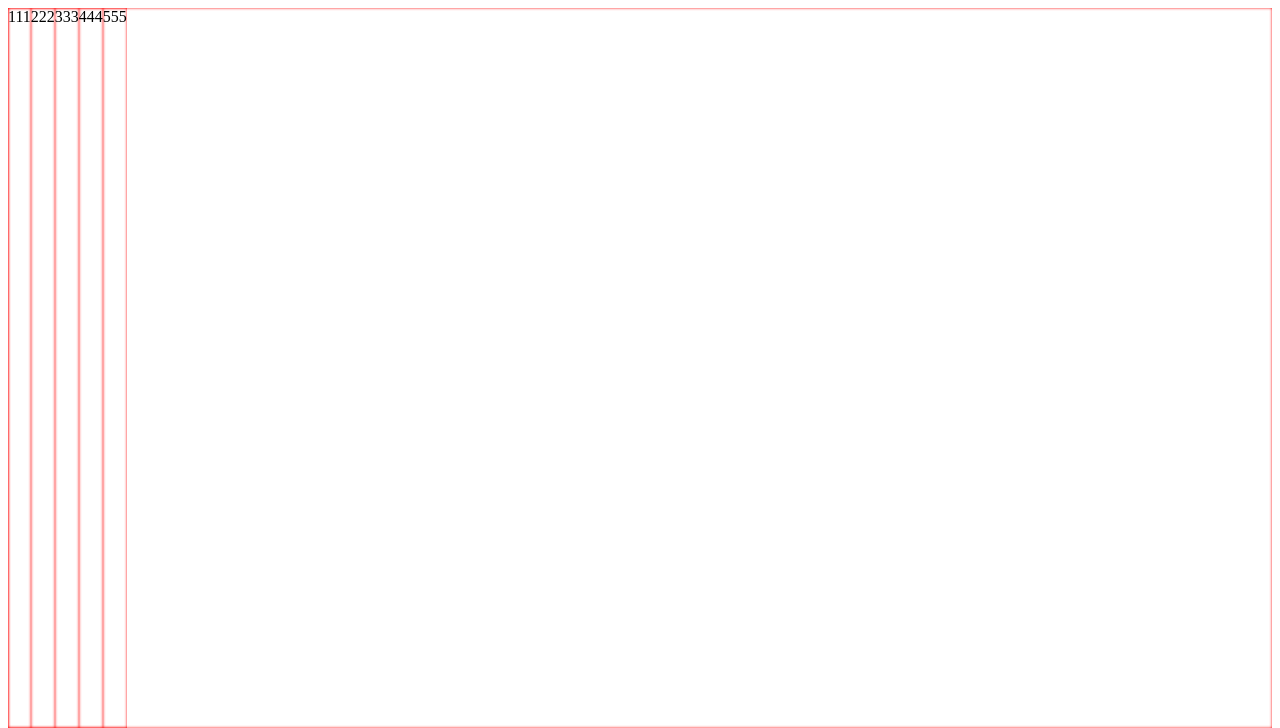
Repository: Joamg/Joamg.github.io
Page: miao/oald-layout-flex.html
These files come from the project's save history. The page is drawn as it stood at one moment and after the next save; the edit follows.
The browser window is 1280 px wide. The pictures show the whole page.

Above is the page before, as saved 2021-05-27 20:15:28.

### miao/oald-layout-flex.html
<!DOCTYPE html>
<html lang="en">
<head>
  <meta charset="UTF-8">
  <meta http-equiv="X-UA-Compatible" content="IE=edge">
  <meta name="viewport" content="width=device-width, initial-scale=1.0">
  <title>Document</title>

  <style>
  * {
    height: 100%;
  }
  body {
    box-shadow: inset  0 0 3px red;
  }
  section {
    xheight: 100%;
    display: flex;
    xwidth: 100px;
    xflex-wrap: wrap;
  }
  div {
    display: flex;
    box-shadow: inset  0 0 3px red;

  }
  </style>
</head>
<body>
  <section>
    <div a>111</div>
    <div b>222</div>
    <div c>333</div>
    <div d>444</div>
    <div e>555</div>
  </section>

</body>
</html>

After the next save:
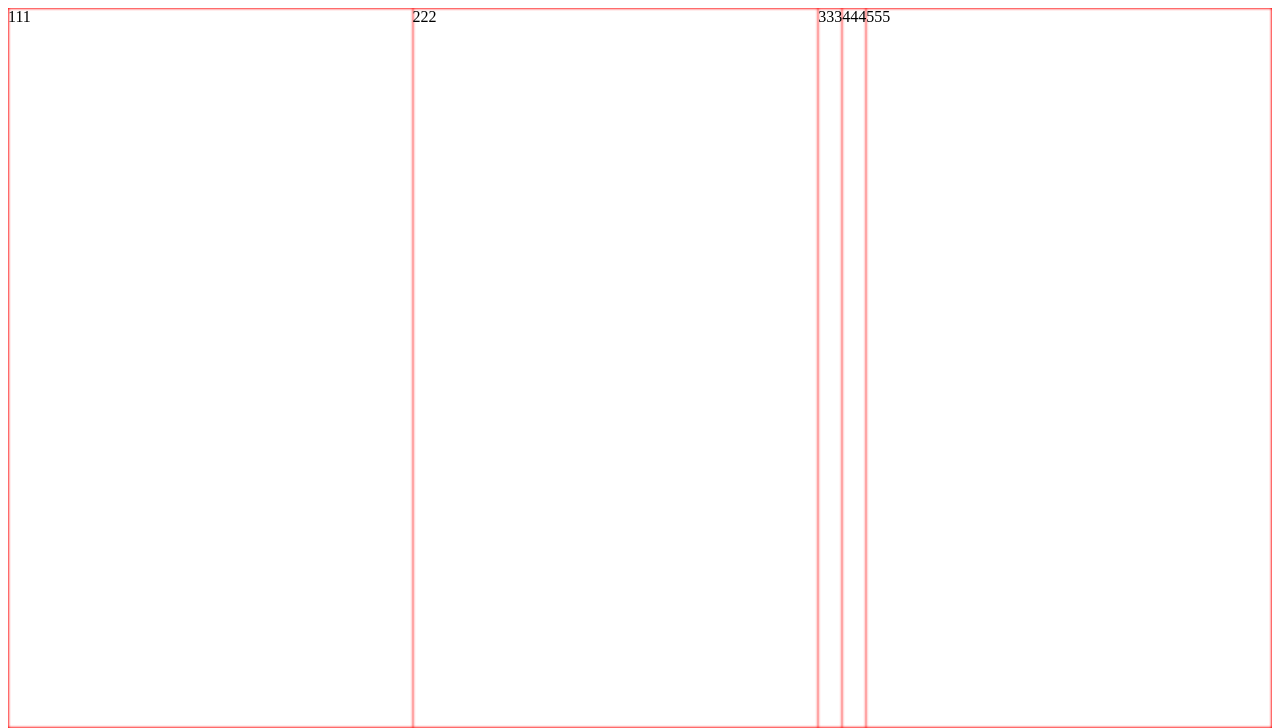
Saved 54 s later.
--- a/miao/oald-layout-flex.html
+++ b/miao/oald-layout-flex.html
@@ -22,7 +22,9 @@
   div {
     display: flex;
     box-shadow: inset  0 0 3px red;
-
+  }
+  [a], [b], [e] {
+    flex-grow: 2;
   }
   </style>
 </head>
